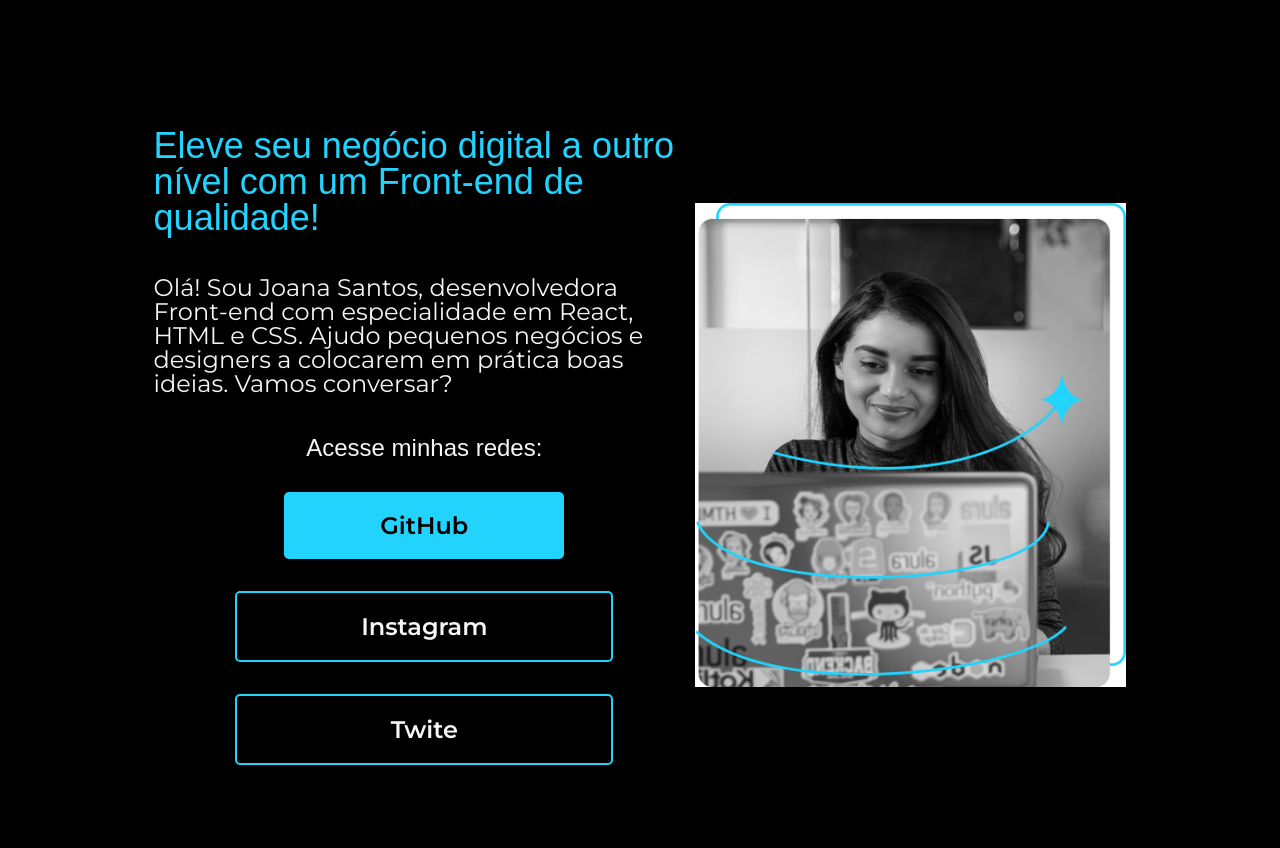
Repository: joaoPraiaJunior/html-basico
Page: index.html
These files come from the project's save history. The page is drawn as it stood at one moment and after the next save; the edit follows.
The browser window is 1280 px wide. The pictures show the whole page.
Some web fonts or font styles are not loaded; a fallback is used.

Above is the page before, as saved 2024-06-06 18:17:03.

### index.html
<!DOCTYPE html>
<html lang="pt-BR" dir="ltr">
  <head>
    <meta charset="UTF-8" />
    <meta http-equiv="X-UA-Compatible" content="IE=edge" />
    <meta name="viewport" content="width=device-width, initial-scale=1.0" />
    <title>Portifólio</title>
    <link rel="stylesheet" href="css/reset.css" />
    <link rel="stylesheet" href="css/style.css" />
  </head>
  <body>
    <header></header>
    <main class="apresentacao">
      <section class="apresentacao__conteudo">
        <h1 class="apresentacao__titulo">
          Eleve seu negócio digital a outro nível com um Front-end de qualidade!
        </h1>
        <p class="apresentacao__texto">
          Olá! Sou Joana Santos, desenvolvedora Front-end com especialidade em
          React, HTML e CSS. Ajudo pequenos negócios e designers a colocarem em
          prática boas ideias. Vamos conversar?
        </p>
        <div class="apresentacao__links">
          <h2 class="apresentacao__subtitulo">Acesse minhas redes:</h2>
          <a class="apresentacao__link" href="https://github.com/joaoPraiaJunior">GitHub</a>
          <a class="apresentacao__link apresentacao__link--transparente" href="https://www.instagram.com/joaopraiajunior/">Instagram</a>
          <a class="apresentacao__link apresentacao__link--transparente" href="http://">Twite</a>
        </div>
      </section>
      <section class="apresentacao__imagem">
        <img src="images/Imagem.jpg" alt="foto da joana santos programando!" />
      </section>
    </main>
    <footer></footer>
  </body>
</html>

### css/reset.css
/* http://meyerweb.com/eric/tools/css/reset/
   v2.0 | 20110126
   License: none (public domain)
*/

* {
    box-sizing: border-box;
}

html, body, div, span, applet, object, iframe,
h1, h2, h3, h4, h5, h6, p, blockquote, pre,
a, abbr, acronym, address, big, cite, code,
del, dfn, em, img, ins, kbd, q, s, samp,
small, strike, strong, sub, sup, tt, var,
b, u, i, center,
dl, dt, dd, ol, ul, li,
fieldset, form, label, legend,
table, caption, tbody, tfoot, thead, tr, th, td,
article, aside, canvas, details, embed,
figure, figcaption, footer, header, hgroup,
menu, nav, output, ruby, section, summary,
time, mark, audio, video {
	margin: 0;
	padding: 0;
	border: 0;
	font: inherit;
	vertical-align: baseline;
}
/* HTML5 display-role reset for older browsers */
article, aside, details, figcaption, figure,
footer, header, hgroup, menu, nav, section {
	display: block;
}
body {
	line-height: 1;
}
ol, ul {
	list-style: none;
}
blockquote, q {
	quotes: none;
}
blockquote:before, blockquote:after,
q:before, q:after {
	content: '';
	content: none;
}
table {
	border-collapse: collapse;
	border-spacing: 0;
}

### css/style.css
@import url('https://fonts.googleapis.com/css2?family=Krona+One&family=Montserrat:wght@400;600&display=swap');

html {
  font-size: 62.5%;
}

body {
  color: #f6f6f6;
  background-color: #000;
  font-size: 1.6rem;
  height: 100vh;
}

.apresentacao {
  margin: 10% 12%;
  display: flex;
  justify-content: space-between;
  align-items: center;
}

.apresentacao__conteudo {
  display:flex;
  flex-direction: column;
  width: 615px;
  gap: 40px;
}

.apresentacao__titulo {
  color: #22d4fd;
  font-family: 'Krona One', sans-serif;
  font-size: 3.6rem;
}

.apresentacao__subtitulo{
  font-family: 'Krona One', sans-serif;
  font-size: 2.4rem;
  font-weight: 400;
}

.apresentacao__texto {
  font-family: 'Montserrat', sans-serif;
  font-size: 2.4rem;
}

.apresentacao__links {
  display: flex;
  flex-direction: column;
  justify-content: space-between;
  align-items: center;
  row-gap: 32px;
}

.apresentacao__link {
  color: #000;
  background-color: #22d4fd;
  font-family: 'Montserrat', sans-serif;
  font-size: 2.4rem;
  font-weight: 600;
  padding: 21.5px 0;
  width: 280px;
  border-radius: 5px;
  text-align: center;
  text-decoration: none;
}

.apresentacao__link--transparente {
  color: #f6f6f6;
  background-color: transparent;
  border: 2px solid #22d4fd;
  width: 378px
}

.apresentacao__imagem img {
  max-width: 100%;
}

After the next save:
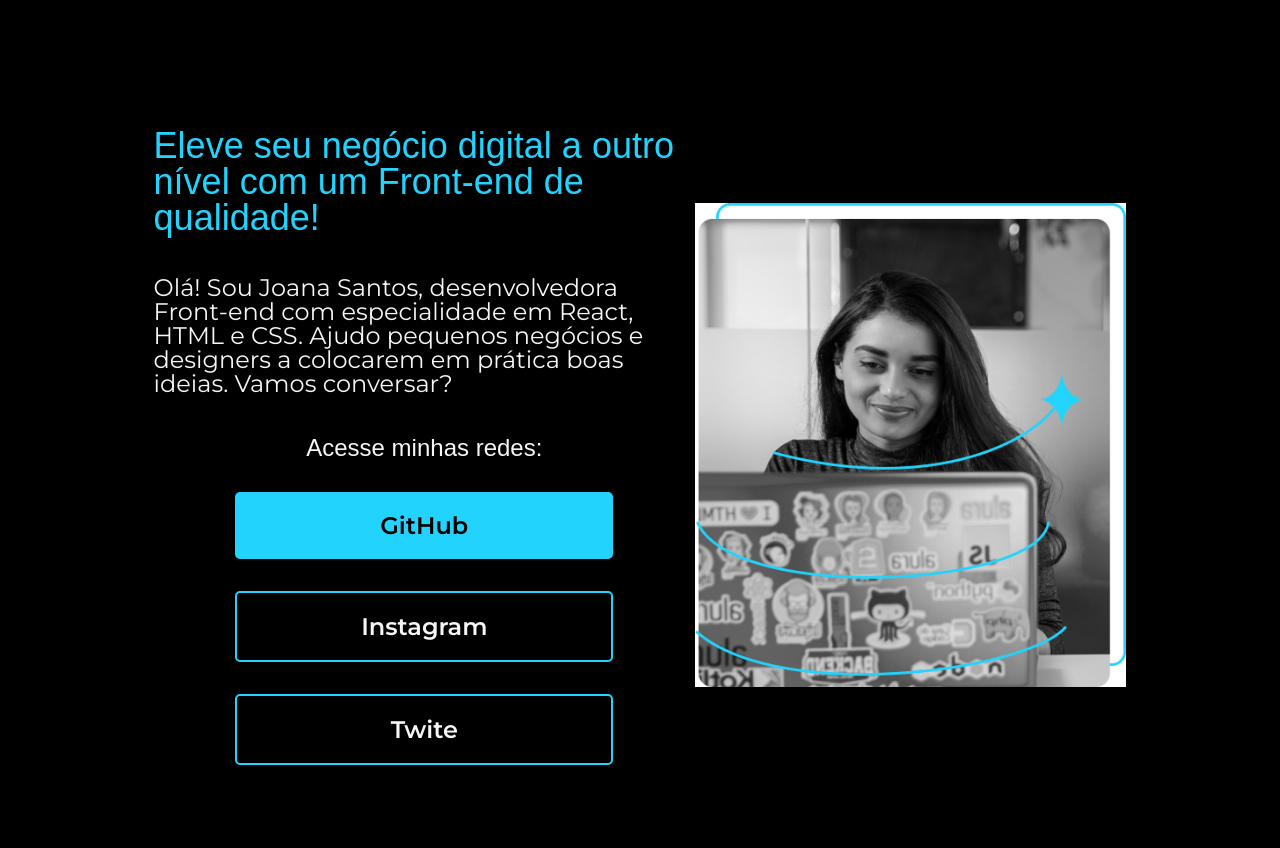
Saved 27 s later.
--- a/css/style.css
+++ b/css/style.css
@@ -57,7 +57,7 @@
   font-size: 2.4rem;
   font-weight: 600;
   padding: 21.5px 0;
-  width: 280px;
+  width: 378px;
   border-radius: 5px;
   text-align: center;
   text-decoration: none;
@@ -67,7 +67,6 @@
   color: #f6f6f6;
   background-color: transparent;
   border: 2px solid #22d4fd;
-  width: 378px
 }
 
 .apresentacao__imagem img {
